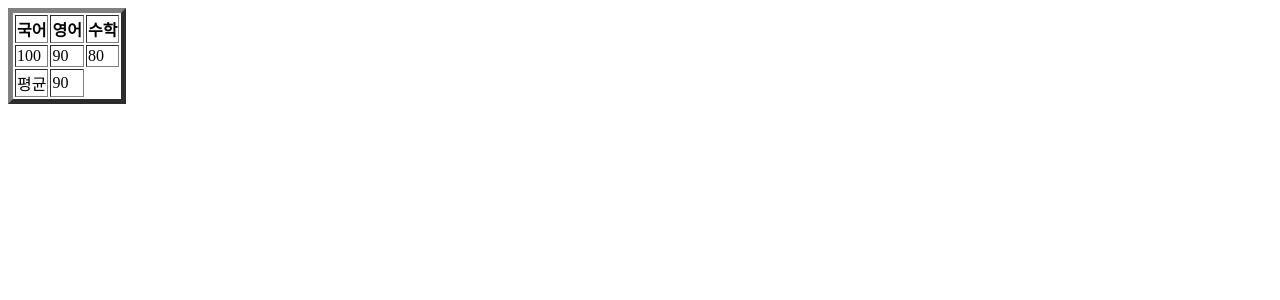
Repository: tjdwlsaos22/TJ_JSP
Page: jsp/HTML/src/main/webapp/Lec04.html
The author's editor kept a copy of each file at every save. The page is drawn from the files as they stood at one save, then again after the next save.
The browser window is 1280 px wide. The pictures show the whole page.

Above is the page before, as saved 2024-01-17 03:04:44.

### jsp/HTML/src/main/webapp/Lec04.html
<!DOCTYPE html>
<html>
	<head>
		<meta charset="UTF-8">
		<title>Table Tag</title>
	</head>
	<body>
		<table border="5">
			<tr>
				<th>국어</th>
				<th>영어</th>
				<th>수학</th>
			</tr>
			<tr>
				<td>100</td>
				<td>90</td>
				<td>80</td>
			</tr>
			<tr>
				<td>평균</td>
				<td>90</td>
			</tr>
		</table>
	</body>
</html>

After the next save:
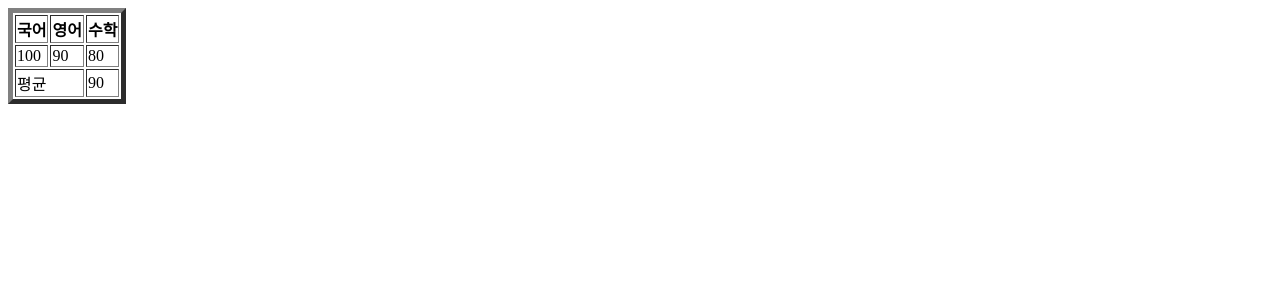
Saved 78 s later.
--- a/jsp/HTML/src/main/webapp/Lec04.html
+++ b/jsp/HTML/src/main/webapp/Lec04.html
@@ -17,7 +17,7 @@
 				<td>80</td>
 			</tr>
 			<tr>
-				<td>평균</td>
+				<td colspan="2">평균</td>
 				<td>90</td>
 			</tr>
 		</table>
